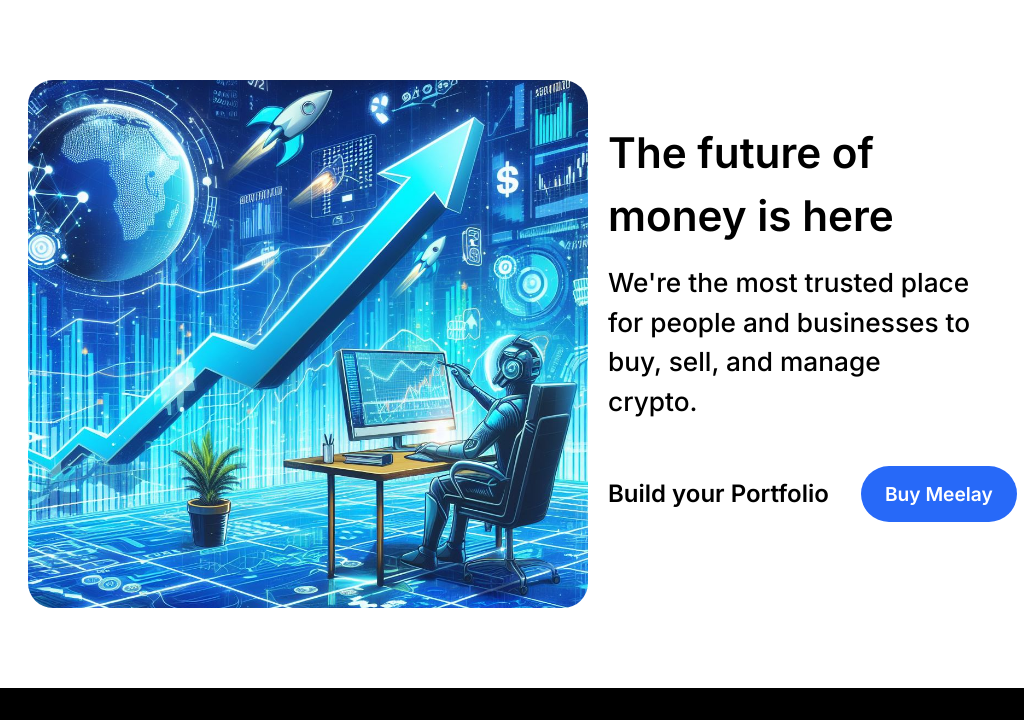
Repository: TheHolyRoller/crypto3
Page: /
These files come from the project's save history. The page is drawn as it stood at one moment and after the next save; the edit follows.
The browser window is 1024 px wide. The pictures show the whole page.
The project was rebuilt for these pictures with package versions that can differ from the ones it lists, and the page was loaded fresh each time. The framework's server and built-in components were replaced by stand-ins that run in the browser. Also part of the build but not shown: next.config.mjs, app/Components/HamburgerMenu.jsx, app/Components/Navbar.jsx, app/Components/HeroCTAComponent.jsx, app/Styles/HeroCTAInfoContainer.css, app/Components/HeroCTAInfoContainer.jsx, app/Styles/LargeCards.css, app/Components/LargeCard.jsx and 12 more.

Above is the page before, as saved 2024-04-24 06:53:59.

After the next save:
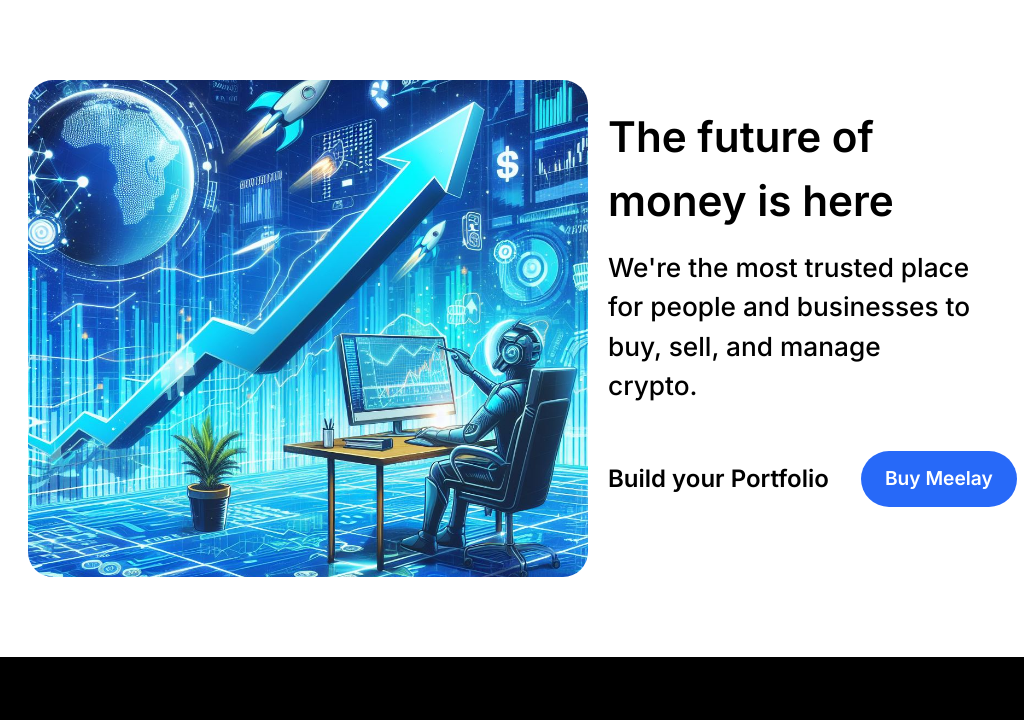
Saved 30 s later.
--- a/app/Styles/CoinbaseHeroComponent.css
+++ b/app/Styles/CoinbaseHeroComponent.css
@@ -207,7 +207,7 @@
     /* Clamp the height to the view width */
     #coinbaseHeroImage{
 
-        min-height: clamp(26.188rem, 50vw + 1rem, 40rem);
+        min-height: clamp(26.188rem, 47vw + 1rem, 40rem);
 
 
         /* Clamp the width here */
